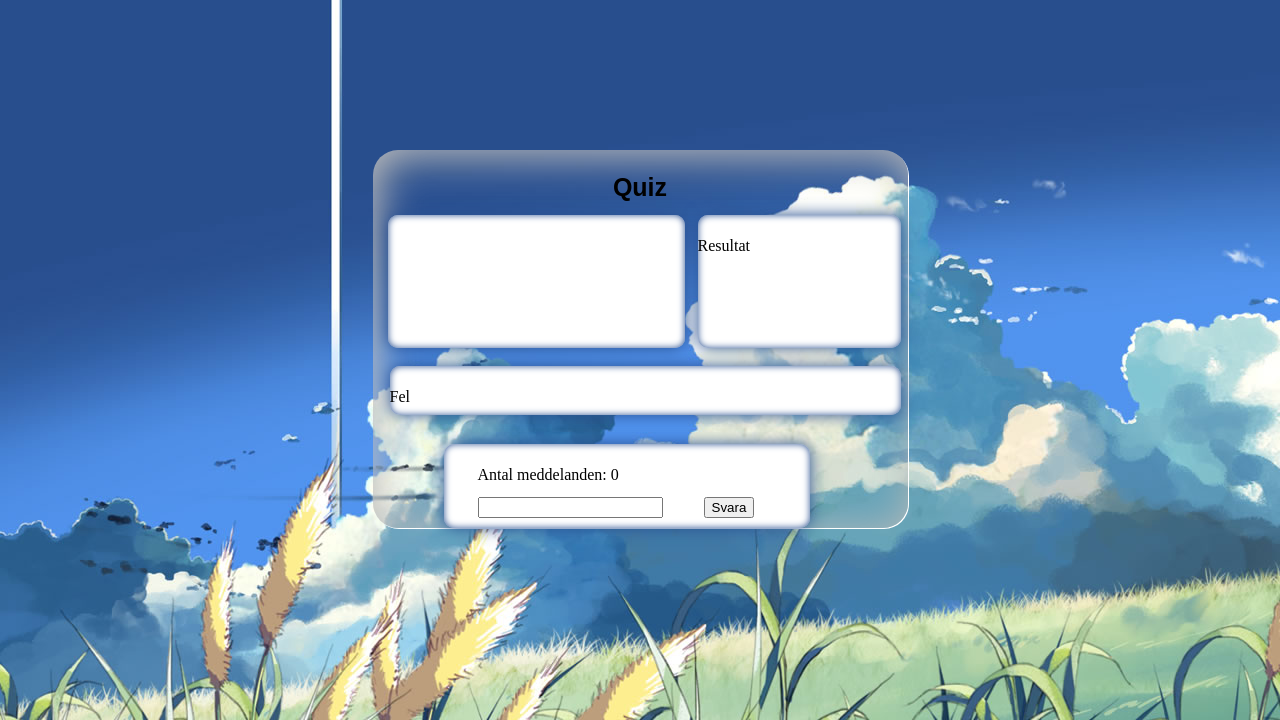
Repository: Marco30/1dv403-laborationer
Page: 4-thequiz/index.html
The author's editor kept a record of every edit. The page is drawn from the files as they stood at one moment, then again after the next edit.
The browser window is 1280 px wide. The pictures show the whole page.
The page's requests for data from a server got no answer.

Above is the page before.

After the next edit:
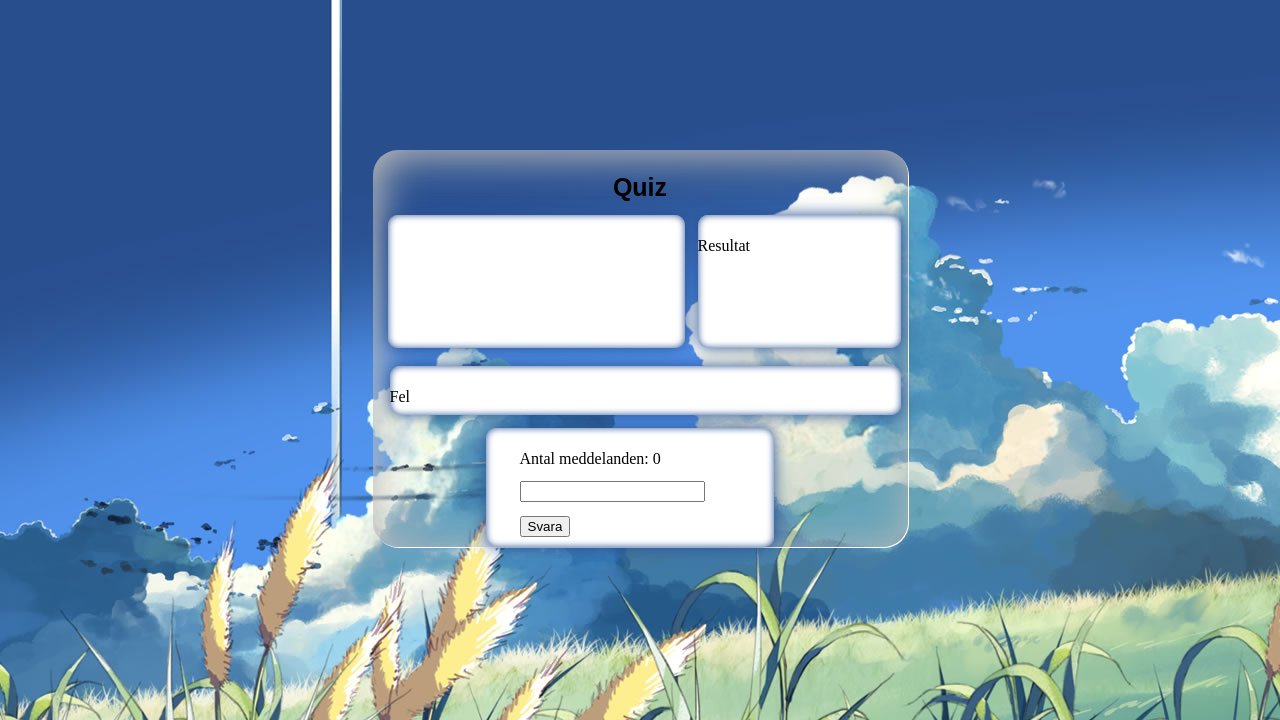
The edit:
--- a/4-thequiz/css/style.css
+++ b/4-thequiz/css/style.css
@@ -184,25 +184,13 @@
 #textruta
 {
   background-color: #FFF;
-width: 366px;
-height: auto;
-padding-top: 23px;
-padding-bottom: 10px;
-margin: 6px 649px 30px 71px;
-    margin-top: 6px;
-    margin-right-value: 649px;
-    margin-bottom: 30px;
-    margin-left-value: 71px;
-    margin-left-ltr-source: physical;
-    margin-left-rtl-source: physical;
-    margin-right-ltr-source: physical;
-    margin-right-rtl-source: physical;
-word-wrap: break-word;
-border-radius: 10px;
-    border-top-left-radius: 10px;
-    border-top-right-radius: 10px;
-    border-bottom-right-radius: 10px;
-    border-bottom-left-radius: 10px;
+width: 288px;
+height: auto;
+padding-top: 23px;
+padding-bottom: 10px;
+margin: -16px 649px 30px 113px;
+word-wrap: break-word;
+border-radius: 10px;
 box-shadow: 0px 0px 7px 0px #2A5091 inset, 0px 0px 16px 0px #2A5091;
 }
 
